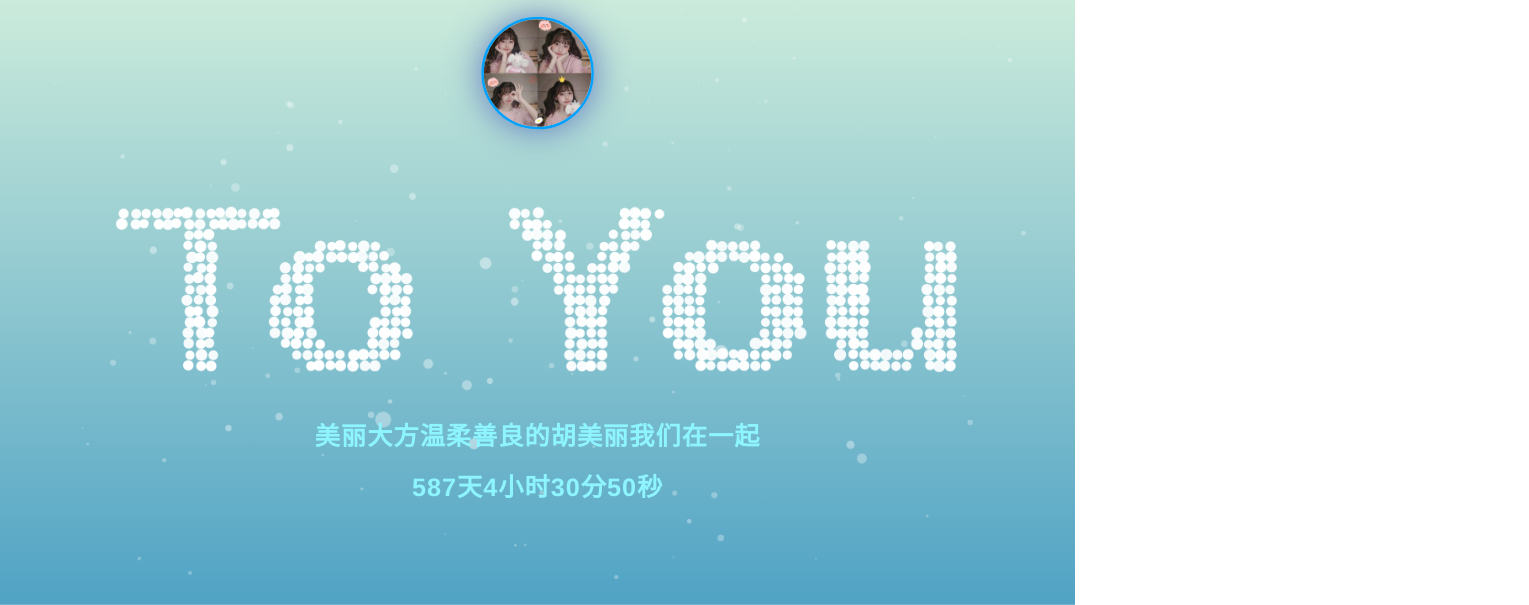
Repository: NanmeiYC/NanmeiYC.github.io
Page: humeili.html
An editor plug-in stored every save of this project. The page is shown before and after the next save, followed by the edit.
The browser window is 1280 px wide. The page is 1280 px wide, then 1820 px, then 1280 px, so the pictures cover 1820 px, including what lies to the right of the window. The pictures show the whole page, at 84% of full size.

Above is the page before, as saved 2021-05-29 03:36:20.

After the next save:
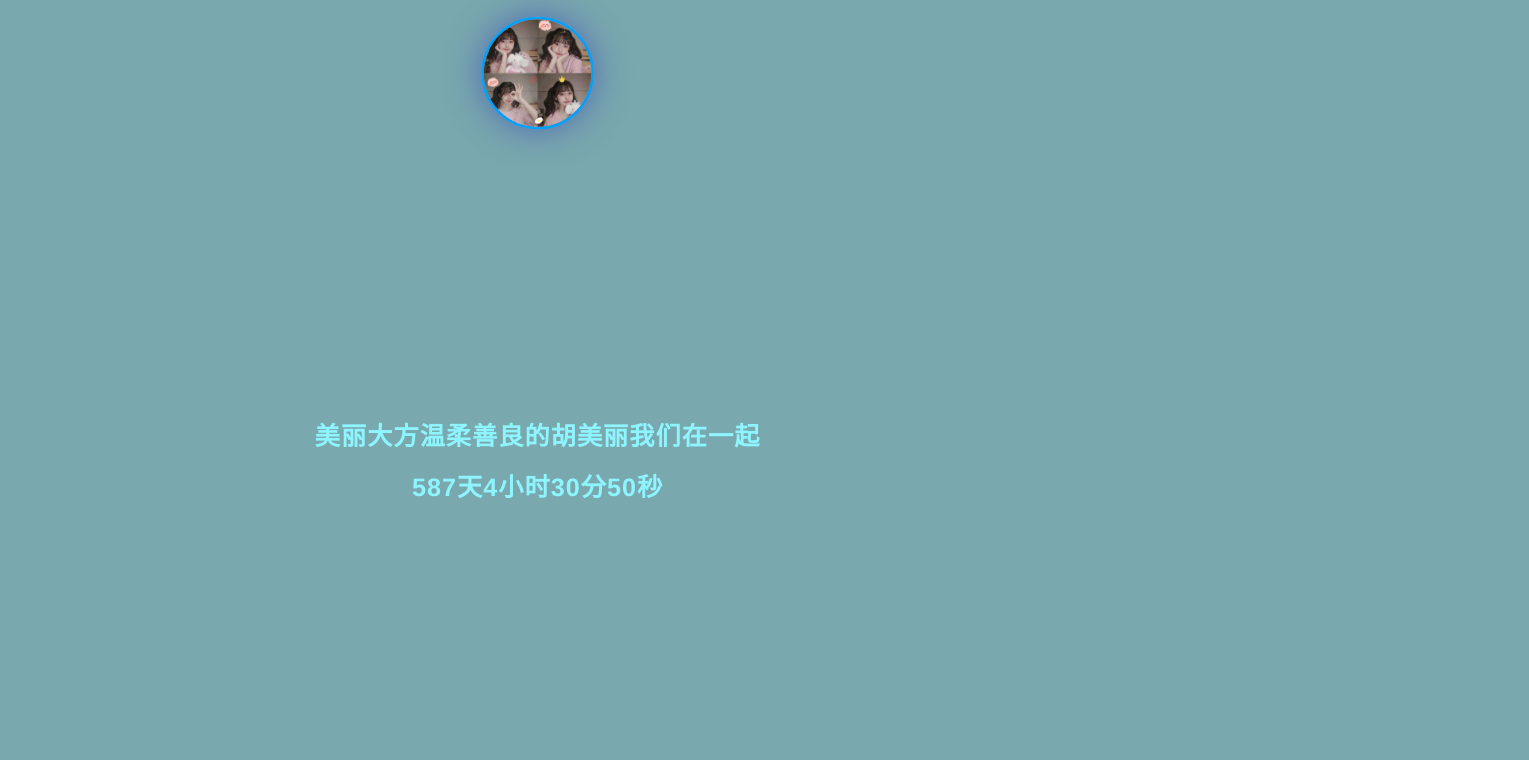
Console error: SyntaxError: Unexpected token '?'
Saved 30 s later.
--- a/humeili.html
+++ b/humeili.html
@@ -206,7 +206,7 @@
         function formatTime(date) {
             var h = date.getHours(),
                 m = date.getMinutes(),
-                m = m < 10 ? '0' + m : m;
+                m = m <  ? '0' + m : m;
             return h + ':' + m;
         }
 

After the save that followed:
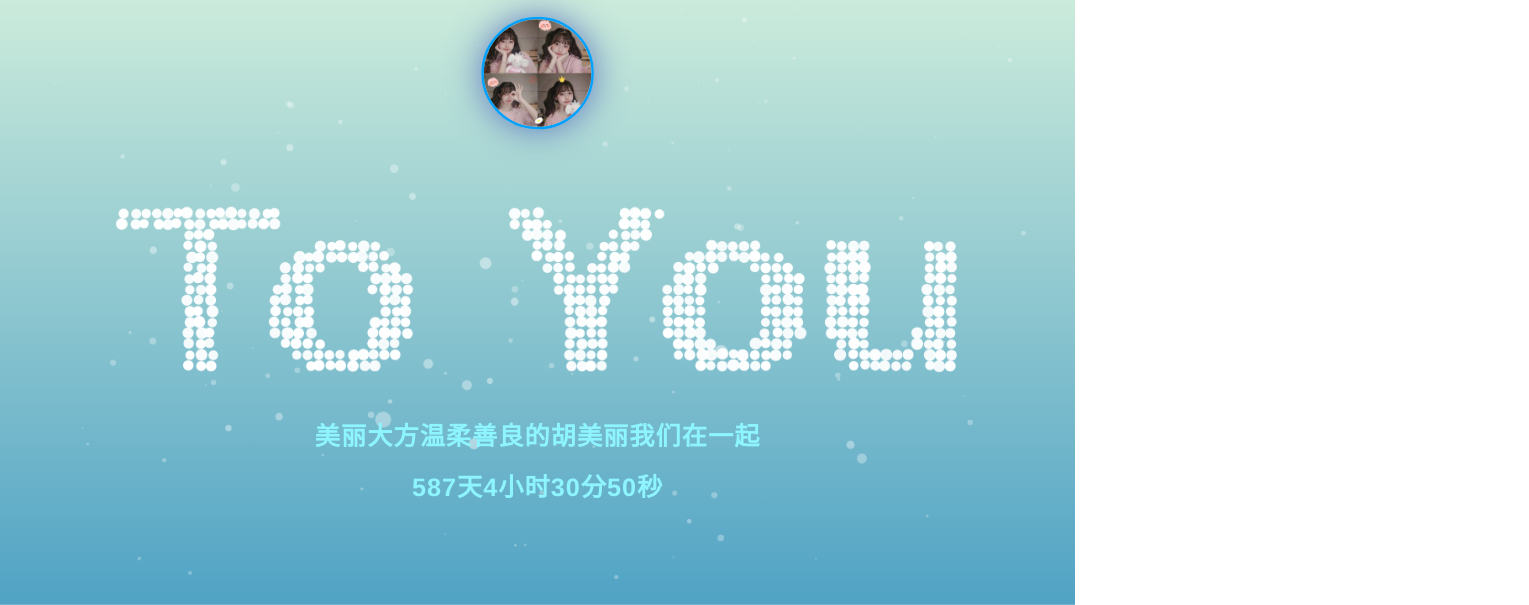
The error is gone.
Saved 6 s later.
--- a/humeili.html
+++ b/humeili.html
@@ -206,7 +206,7 @@
         function formatTime(date) {
             var h = date.getHours(),
                 m = date.getMinutes(),
-                m = m <  ? '0' + m : m;
+                m = m < 5 ? '0' + m : m;
             return h + ':' + m;
         }
 
